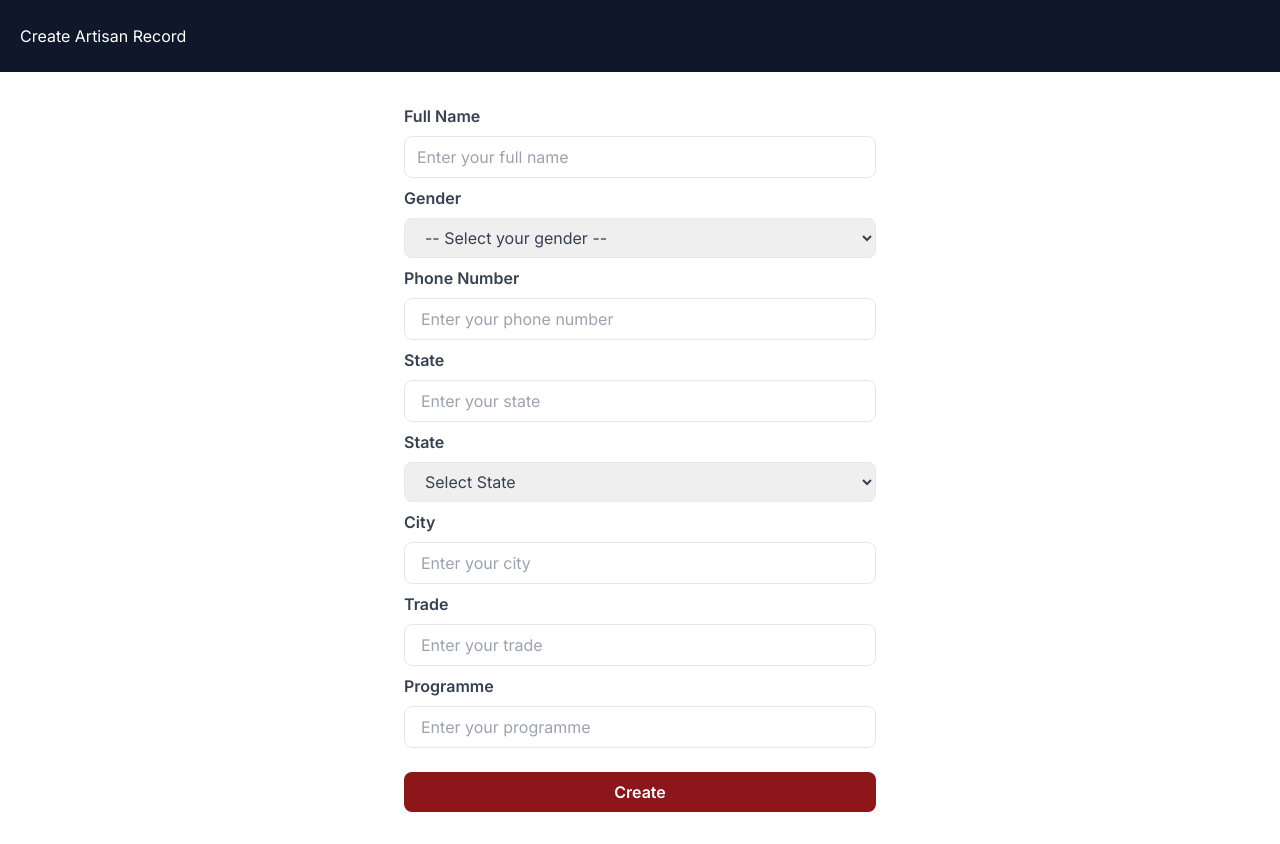
Repository: marcusdashe/artisanindex_frontend
Page: /components/CreateArtisan
These files come from the project's save history. The page is drawn as it stood at one moment and after the next save; the edit follows.
The browser window is 1280 px wide. The pictures show the whole page.
The project was rebuilt for these pictures with package versions that can differ from the ones it lists, and the page was loaded fresh each time. The framework's server and built-in components were replaced by stand-ins that run in the browser. Also part of the build but not shown: next.config.js.

Above is the page before, as saved 2023-03-09 11:39:31.

After the next save:
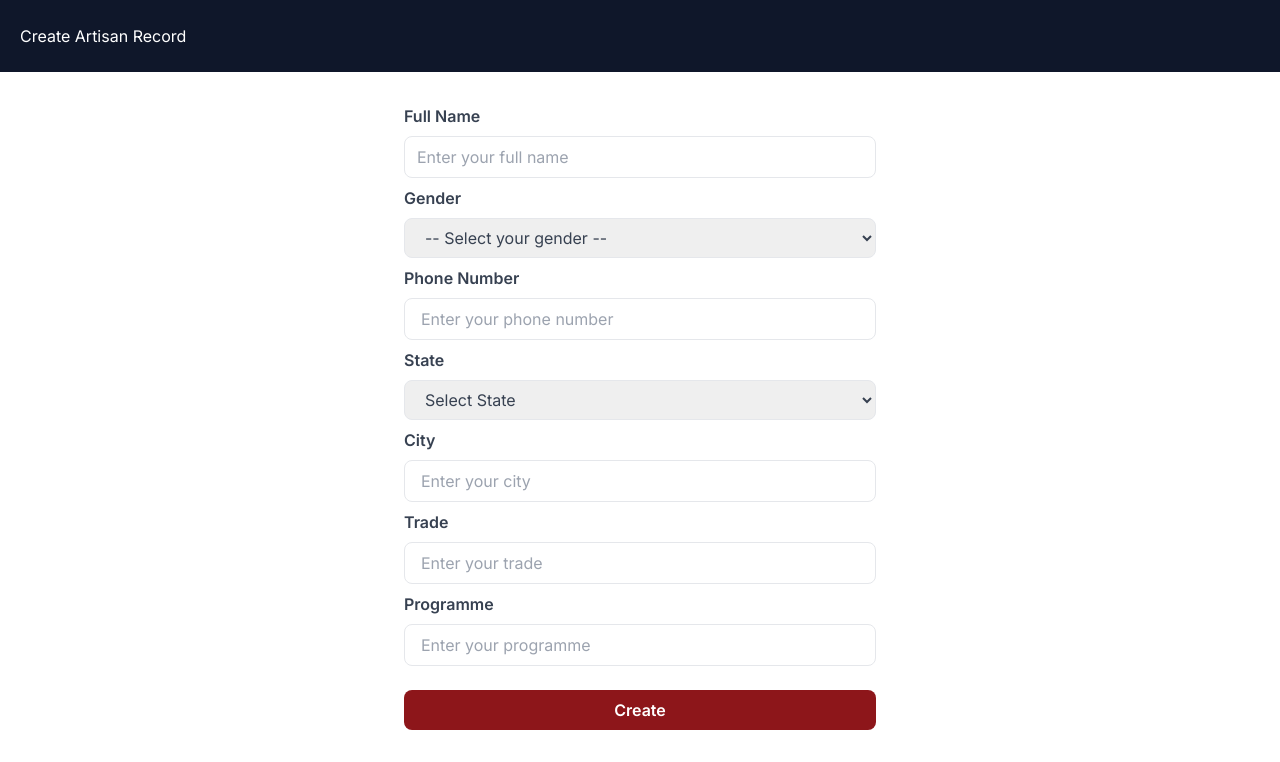
Saved 23 s later.
--- a/pages/components/CreateArtisan.js
+++ b/pages/components/CreateArtisan.js
@@ -71,20 +71,6 @@ function ViewArtisanDataScreen() {
               value={formData.phoneNumber}
               onChange={handleInputChange}
               placeholder="Enter your phone number"
-              className="px-4 py-2 border rounded-lg text-gray-700 focus:outline-none focus:border-[#4a3e3e] focus:shadow-outline-blue"
-              required
-            />
-
-            <label htmlFor="state" className="text-gray-700 font-bold">
-              State
-            </label>
-            <input
-              type="text"
-              id="state"
-              name="state"
-              value={formData.state}
-              onChange={handleInputChange}
-              placeholder="Enter your state"
               className="px-4 py-2 border rounded-lg text-gray-700 focus:outline-none focus:border-[#4a3e3e] focus:shadow-outline-blue"
               required
             />
